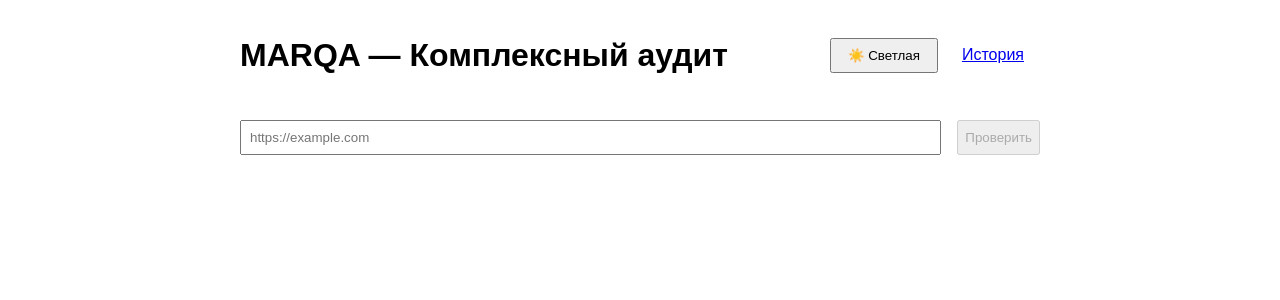
Repository: zubkovanatolii/marqa
Page: /
These files come from the project's save history. The page is drawn as it stood at one moment and after the next save; the edit follows.
The browser window is 1280 px wide. The pictures show the whole page.
The project was rebuilt for these pictures with package versions that can differ from the ones it lists, and the page was loaded fresh each time. The framework's server and built-in components were replaced by stand-ins that run in the browser. Also part of the build but not shown: next.config.mjs, components/Spinner.js.

Above is the page before, as saved 2025-05-01 23:24:27.

### pages/_app.js
// pages/_app.js
import '../styles/globals.css'

export default function App({ Component, pageProps }) {
  return <Component {...pageProps} />
}

### pages/_document.js
// pages/_document.js
import Document, { Html, Head, Main, NextScript } from 'next/document';

export default class MyDocument extends Document {
  static async getInitialProps(ctx) {
    const initialProps = await Document.getInitialProps(ctx);
    return { ...initialProps };
  }

  render() {
    return (
      <Html lang="ru">
        <Head>
          {/* Метатеги, фавиконки, шрифты и т.д. */}
        </Head>
        <body>
          <Main />
          <NextScript />
        </body>
      </Html>
    );
  }
}

### pages/index.js
// pages/index.js
import Link from 'next/link'
import { useState } from 'react'
import Spinner from '../components/Spinner'

export default function Home({ theme, setTheme }) {
  const [url, setUrl]         = useState('')
  const [loading, setLoading] = useState(false)
  const [results, setResults] = useState(null)
  const [error, setError]     = useState('')

  const handleCheck = async () => {
    setError('')
    setResults(null)
    setLoading(true)
    try {
      const res = await fetch('/api/lighthouse', {
        method: 'POST',
        headers: { 'Content-Type': 'application/json' },
        body: JSON.stringify({ url })
      })
      const data = await res.json()
      if (data.success) setResults(data)
      else setError(data.message)
    } catch {
      setError('Ошибка сети')
    } finally {
      setLoading(false)
    }
  }

  const colorFor = v =>
    v >= 80 ? 'var(--success)' :
    v >= 50 ? 'var(--warn)' :
    'var(--error)'

  return (
    <div className="container">
      <header className="header">
        <h1>MARQA — Комплексный аудит</h1>
        <div className="controls">
          <button
            onClick={() => setTheme(t => t==='light'?'dark':'light')}
            className="theme-toggle"
          >
            {theme==='light' ? '🌙 Тёмная' : '☀️ Светлая'}
          </button>
          <Link href="/history" legacyBehavior>
            <a className="history-btn">История</a>
          </Link>
        </div>
      </header>

      <div className="form-row">
        <input
          type="url"
          placeholder="https://example.com"
          value={url}
          onChange={e=>setUrl(e.target.value)}
        />
        <button onClick={handleCheck} disabled={loading||!url}>
          {loading ? <Spinner /> : 'Проверить'}
        </button>
      </div>

      {error && <p className="error">Ошибка: {error}</p>}

      {results && (
        <div className="results">
          {['performance','accessibility','bestPractices','seo','pwa'].map(key => {
            const label = {
              performance:'Performance',
              accessibility:'Accessibility',
              bestPractices:'Best Practices',
              seo:'SEO',
              pwa:'PWA',
            }[key]
            const val = results[key]
            return (
              <div
                key={key}
                className="result-item"
                style={{ color: colorFor(val) }}
              >
                {label}: {val}%
              </div>
            )
          })}
        </div>
      )}
    </div>
  )
}

### styles/globals.css
/* styles/globals.css */
:root {
  --success: #28a745;
  --warn:    #ff8c00;
  --error:   #dc3545;
}

body {
  margin: 0;
  font-family: Arial, sans-serif;
}

.container {
  max-width: 800px;
  margin: 0 auto;
  padding: 1rem;
}

.header {
  display: flex;
  justify-content: space-between;
  align-items: center;
}

.controls button,
.history-btn {
  margin-left: 0.5rem;
  padding: 0.5rem 1rem;
  cursor: pointer;
}

.form-row {
  display: flex;
  gap: 1rem;
  margin: 1.5rem 0;
  flex-wrap: wrap;
}

.form-row input {
  flex: 1 1 300px;
  padding: 0.5rem;
}

.results {
  display: grid;
  grid-template-columns: repeat(auto-fit, minmax(140px, 1fr));
  gap: 1rem;
  margin-top: 1rem;
}

.result-item {
  font-weight: bold;
}

/* Spinner */
.spinner {
  width: 1em;
  height: 1em;
  border: 2px solid rgba(0,0,0,0.2);
  border-top-color: rgba(0,0,0,0.6);
  border-radius: 50%;
  animation: spin 0.8s linear infinite;
  display: inline-block;
  vertical-align: middle;
}

@keyframes spin {
  to { transform: rotate(360deg); }
}

/* Error message */
.error {
  color: var(--error);
}

After the next save:
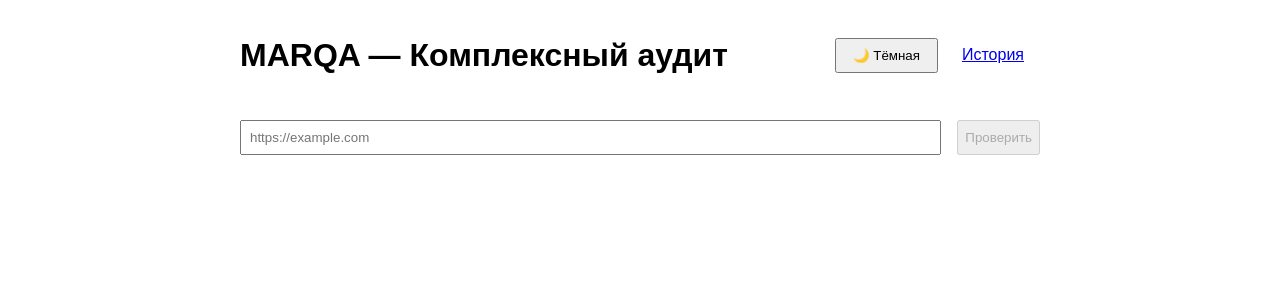
Saved 31 min 21 s later.
--- a/pages/_app.js
+++ b/pages/_app.js
@@ -1,6 +1,31 @@
 // pages/_app.js
+import { useState, useEffect } from 'react'
+import Head from 'next/head'
 import '../styles/globals.css'
 
 export default function App({ Component, pageProps }) {
-  return <Component {...pageProps} />
+  // Подняли состояние темы на уровень _app
+  const [theme, setTheme] = useState('light')
+
+  // При монтировании читаем из localStorage
+  useEffect(() => {
+    const saved = localStorage.getItem('theme')
+    if (saved === 'dark') setTheme('dark')
+  }, [])
+
+  // При смене темы — ставим соответствующий класс на <html> и сохраняем
+  useEffect(() => {
+    document.documentElement.dataset.theme = theme
+    localStorage.setItem('theme', theme)
+  }, [theme])
+
+  return (
+    <>
+      <Head>
+        <title>MARQA — Комплексный аудит</title>
+        <meta name="viewport" content="width=device-width,initial-scale=1" />
+      </Head>
+      <Component {...pageProps} theme={theme} setTheme={setTheme} />
+    </>
+  )
 }
